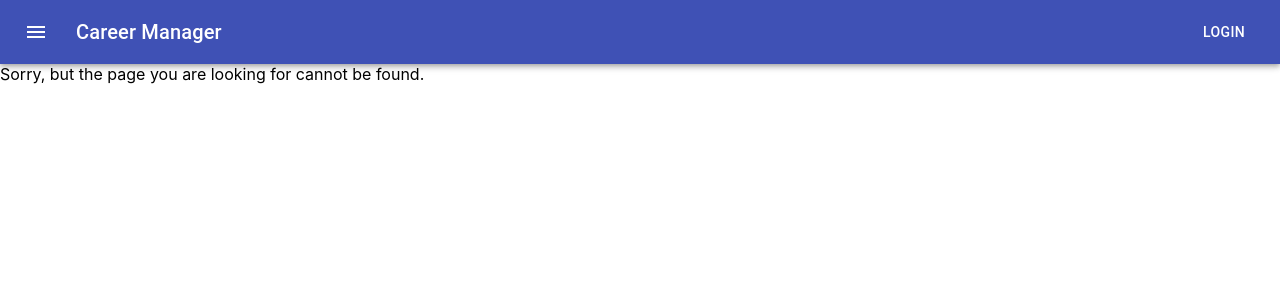
Repository: kinetic-coder/career-manager
Page: /
The author's editor kept a copy of each file at every save. The page is drawn from the files as they stood at one save, then again after a run of saves.
The browser window is 1280 px wide. The pictures show the whole page.
The project was rebuilt for these pictures with package versions that can differ from the ones it lists, and the page was loaded fresh each time.

Above is the page before, as saved 2020-10-08 10:39:58.

### src/index.js
import React from 'react';
import ReactDOM from 'react-dom';
import './index.css';
import * as serviceWorker from './serviceWorker';
import Routes from './components/Routes';

ReactDOM.render(
  <React.StrictMode>
    <Routes />
  </React.StrictMode>,
  document.getElementById('root')
);

// If you want your app to work offline and load faster, you can change
// unregister() to register() below. Note this comes with some pitfalls.
// Learn more about service workers: https://bit.ly/CRA-PWA
serviceWorker.unregister();

### src/components/Routes.js
import React from 'react';
import { BrowserRouter as Router, Route } from 'react-router-dom';

// Pages
import HomePage from '../views/HomePage';
import ErrorPage from '../views/ErrorPage';

const Routes = () => {
    return(
        <div>
            <Router>
                <Route path="/" component={HomePage} exact/>
                <Route component={ErrorPage}/>
            </Router>
        </div>
    );
}

export default Routes;

### src/views/HomePage.js
import React from 'react';
import { makeStyles } from '@material-ui/core/styles';
import AppBar from '@material-ui/core/AppBar';
import Toolbar from '@material-ui/core/Toolbar';
import Typography from '@material-ui/core/Typography';
import Button from '@material-ui/core/Button';
import IconButton from '@material-ui/core/IconButton';
import MenuIcon from '@material-ui/icons/Menu';

const useStyles = makeStyles((theme) => ({
  root: {
    flexGrow: 1,
  },
  menuButton: {
    marginRight: theme.spacing(2),
  },
  title: {
    flexGrow: 1,
  },
}));

 const HomePage = () => {
    const classes = useStyles();

    return (
      <div className={classes.root}>
        <AppBar position="static">
          <Toolbar>
            <IconButton edge="start" className={classes.menuButton} color="inherit" aria-label="menu">
              <MenuIcon />
            </IconButton>
            <Typography variant="h6" className={classes.title}>
              Career Manager
            </Typography>
            <Button color="inherit">Login</Button>
          </Toolbar>
        </AppBar>
      </div>
    );
}

export default HomePage;

### src/views/ErrorPage.js
import React from 'react';

const ErrorPage = () => (
    <div>
        Sorry, but the page you are looking for cannot be found.
    </div>
);

export default ErrorPage;

Loaded but not shown: src/index.css (common file); src/serviceWorker.js (common file)

After the next 9 saves:
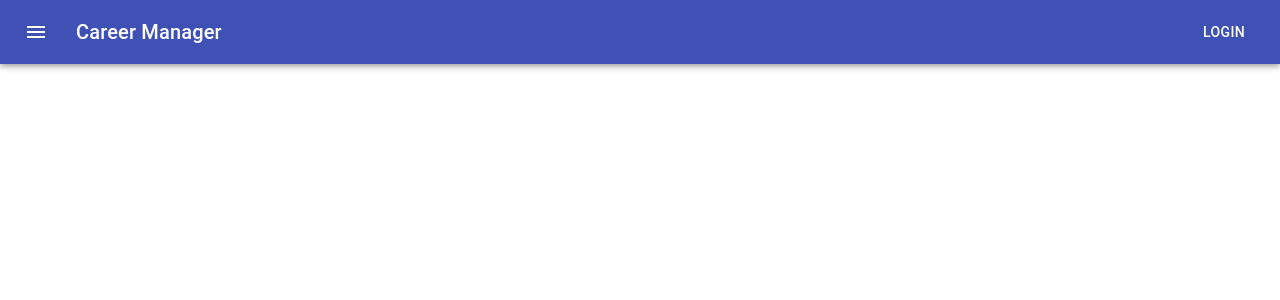
The 9 saves are shown as one change because 4 did not build or start and some came seconds apart.
The last was saved 3 min 17 s later.
--- a/src/components/Routes.js
+++ b/src/components/Routes.js
@@ -1,16 +1,18 @@
 import React from 'react';
-import { BrowserRouter as Router, Route } from 'react-router-dom';
+import { BrowserRouter as Router, Route, Switch } from 'react-router-dom';
 
 // Pages
 import HomePage from '../views/HomePage';
 import ErrorPage from '../views/ErrorPage';
 
 const Routes = () => {
-    return(
+    return (
         <div>
             <Router>
-                <Route path="/" component={HomePage} exact/>
-                <Route component={ErrorPage}/>
+                <Switch>
+                    <Route path="/" component={HomePage} exact />
+                    <Route component={ErrorPage} />
+                </Switch>
             </Router>
         </div>
     );
